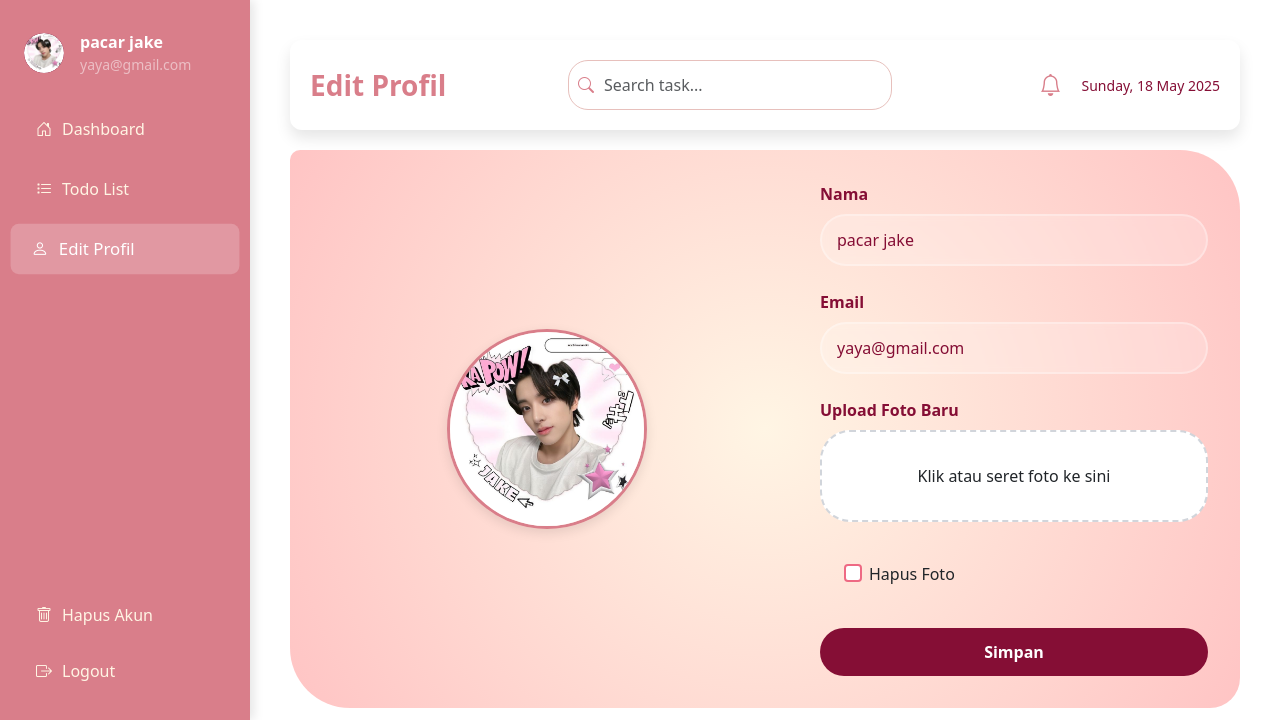
Repository: zhr-nabila/FloTime
Page: http://localhost/profile.php
The author's editor kept a copy of each file at every save. The page is drawn from the files as they stood at one save, then again after the next save.
The browser window is 1280 px wide. The pictures show the whole page.
The page is run by PHP 8.4 with error messages shown; the project is at /var/www/html/. The session is filled in as if someone had signed in: {"email": "yaya@gmail.com", "status": "login", "user_id": 2}. The database holds what the project's SQL file puts in it.

Above is the page before, as saved 2025-05-18 20:28:39.

After the next save:
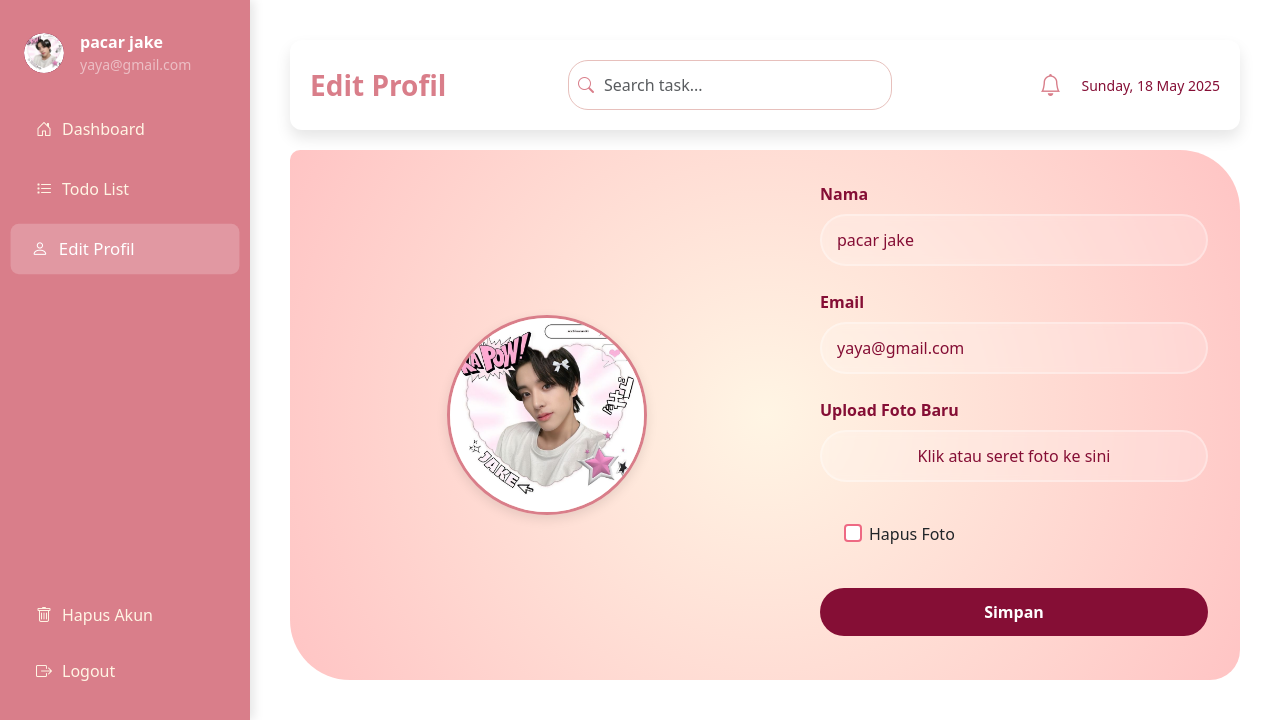
Saved 5 s later.
--- a/profile.php
+++ b/profile.php
@@ -104,7 +104,7 @@ if ($_SERVER["REQUEST_METHOD"] == "POST") {
                 </div>
                 <div>
                     <label for="photo" class="form-label">Upload Foto Baru</label>
-                    <label class="upload-box " for="photo">
+                    <label class="upload-box glass-input" for="photo">
                         Klik atau seret foto ke sini
                         <input type="file" name="photo" id="photo" />
                     </label>
